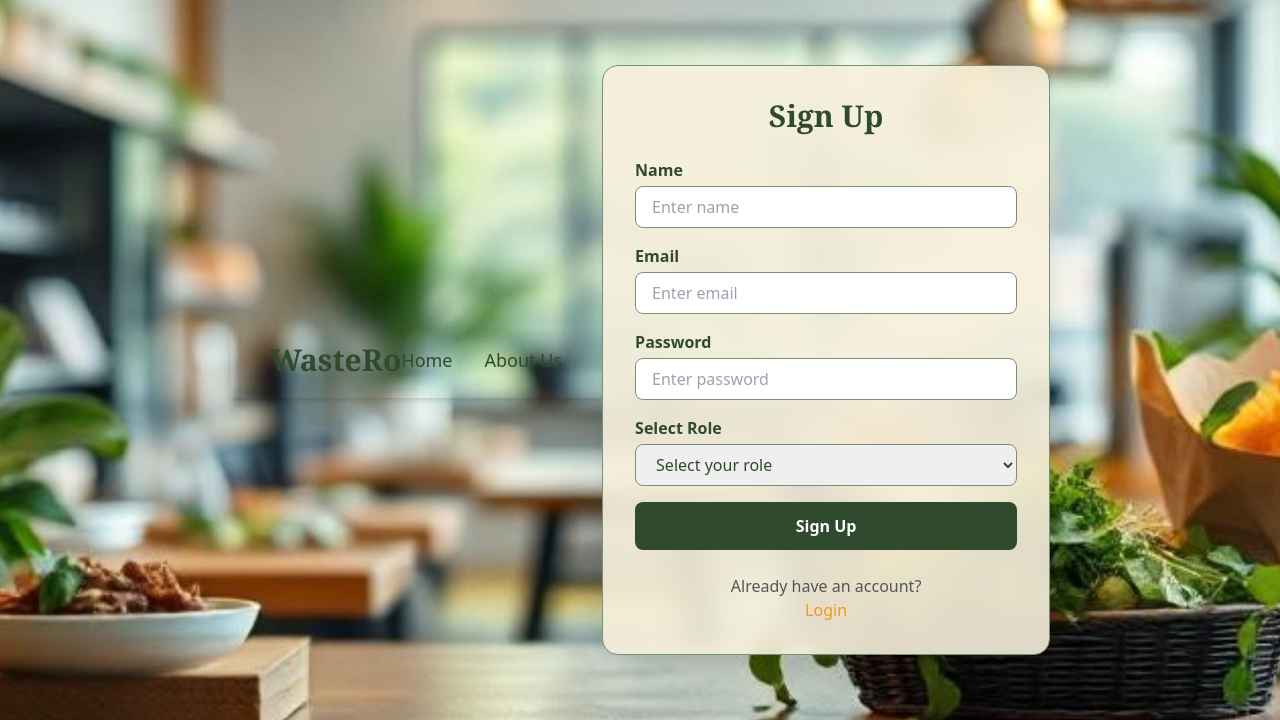
Repository: mahekagrawal25/restaurant-waste-management
Page: frontend/signup.html
An editor plug-in stored every save of this project. The page is shown before and after the next save, followed by the edit.
The browser window is 1280 px wide. The pictures show the whole page.
Some web libraries are served in a nearby version.

Above is the page before, as saved 2025-04-26 12:52:03.
Console error: TypeError: Cannot read properties of null (reading 'getElementsByTagName')

After the next save:
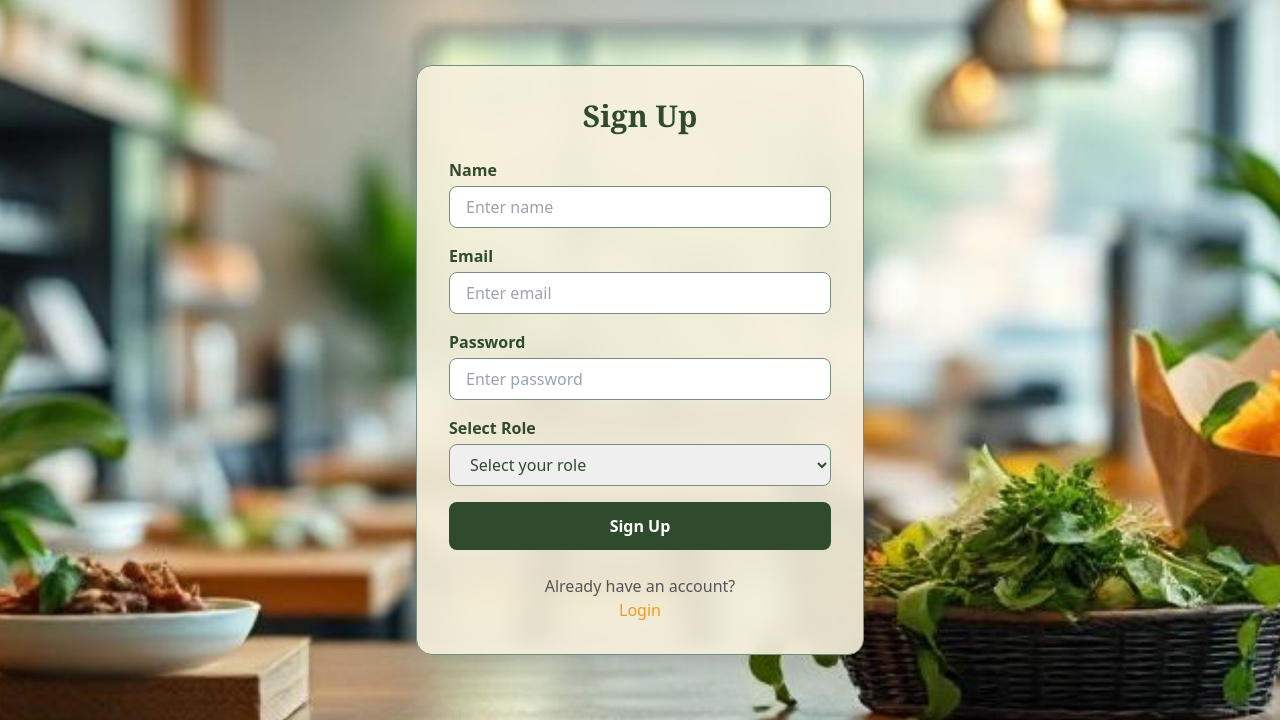
Saved 19 s later.
--- a/frontend/signup.html
+++ b/frontend/signup.html
@@ -17,20 +17,7 @@
 </head>
 <body class="flex items-center justify-center text-[#2F4A2C]">
 
-     <!-- Navbar -->
-<nav class="bg-forest px-10 py-5 flex justify-between items-center shadow-md">
-  <!-- Title -->
-  <div class="text-3xl font-bold text-cream font-cambria">
-    WasteRo
-  </div>
 
-  <!-- Navigation Links -->
-  <div class="flex space-x-8 text-cream font-medium text-lg">
-    <a href="website_landing.html" class="hover:text-brightorange transition">Home</a>
-    <a href="aboutus.html" class="hover:text-brightorange transition">About Us</a>
-
-  </div>
-</nav>
 
 
   <div class="w-full max-w-md bg-[#F7F0DC] p-8 rounded-2xl shadow-2xl backdrop-blur-md bg-opacity-90 border border-[#788E7D]">
